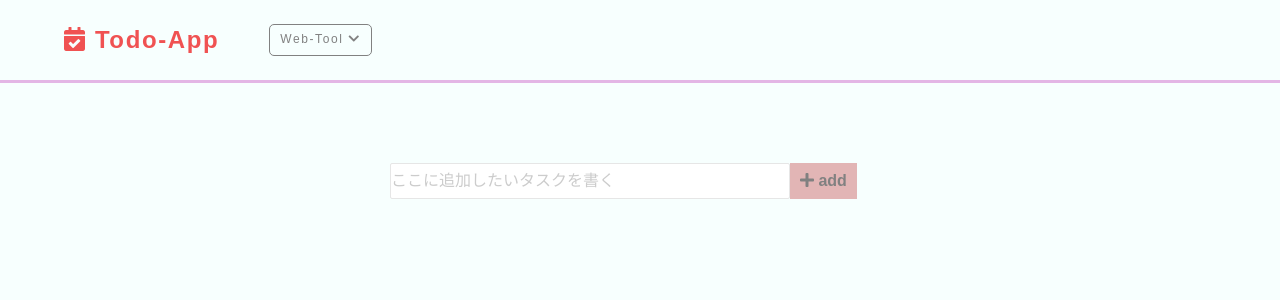
Repository: Hiroshii-m/todo_vue
Page: index.html
An editor plug-in stored every save of this project. The page is shown before and after the next save, followed by the edit.
The browser window is 1280 px wide. The pictures show the whole page.
The style sheet was rebuilt from its Sass, Less or Tailwind sources for each picture, by a compiler version that may differ from the author's.

Above is the page before, as saved 2021-06-26 18:22:35.

### index.html
<!DOCTYPE html>
<html lang="en">
<head>
    <meta charset="UTF-8">
    <meta http-equiv="X-UA-Compatible" content="IE=edge">
    <meta name="viewport" content="width=device-width, initial-scale=1.0">
    <link rel="stylesheet" href="node_modules/@fortawesome/fontawesome-free/css/all.css">
    <link rel="stylesheet" href="dist/css/style.css">
    <title>TODO APP Vue</title>
</head>
<body class="u-bgColor-base">

    <!-- header -->
    <header id="l-header" class="u-border-bottom">
        <div class="c-header">
            <h2 class="c-header__home">
                <i class="fas fa-calendar-check"></i>
                <a class="c-header__text" href="">Todo-App</a>
            </h2>
            <h3 class="c-header__other">
                Web-Tool
                <i class="fas fa-chevron-down"></i>
            </h3>
        </div>
    </header><!-- /header -->

    <!-- main -->
    <section id="l-main">
        <div class="c-main">
            <div id="l-addTask">
                <div class="c-addTask">
                    <input type="text" class="c-addTask__input" placeholder="ここに追加したいタスクを書く">
                    <button class="c-addTask__add">
                        <i class="fas fa-plus"></i>
                        add
                    </button>
                </div>
            </div>
            <div id="l-search"></div>
            <div id="l-list"></div>
        </div>
    </section>
    <!-- /main -->

</body>
</html>

### src/scss/style.scss

// ======================================
// foundation
// ======================================
@use 'foundation/reset';
@use 'foundation/variables';
@use 'foundation/base';
// ======================================
// layout
// ======================================
#l-header {
    width: 100%;
}
#l-main {
    padding: 80px;
}
// ======================================
// object
// ======================================
// Component
// **************************************
.c-header {
    width: 90%;
    height: 80px;
    margin: 0 auto;
    display: flex;
    align-items: center;
    &__home {
        margin-right: 50px;
        font-weight: bold;
        color: var(--color_red);
        font-size: var(--font-size_xl);
    }
    &__other {
        font-size: var(--font-size_s);
        padding: var(--space_s) var(--space_m);
        border: 1px solid var(--font-color_default);
        border-radius: 5px;
        cursor: pointer;
    }
}
.c-main {
    width: var(--site-width_xxl);
    margin: 0 auto;
}
.c-addTask {
    display: flex;
    max-width: 500px;
    margin: 0 auto;
    &__input {
        width: 80%;
        border: 1px solid var(--border-color_default);
        border-radius: 2px;
    }
    &__add {
        background: rgb(226, 181, 181);
        padding: var(--space_s) var(--space_m);
        font-weight: bold;
    }
}
// Project
// **************************************
// Utility
// **************************************
.u-border {
    &-bottom {
        border-bottom: 3px solid var(--color_accent);
    }
}
.u-bgColor {
    &-base {
        background: var(--color_base);
    }
}

### src/scss/foundation/_variables.scss
:root {
    --font-color_default: #818181;
    --color_base: #F7FFFE;
    --color_accent: #E3B6E5;
    --color_green: #C3E8C7;
    --color_sky: #C8E4F4;
    --color_red: #F05252;
    --color_blue: #25A1EF;
    --border-color_default: #E6E6E6;


    --site-width_xxl: 780px;
    --site-width_xl: 680px;
    --site-width_md: 580px;
    --site-width_ms: 414px;

    --font-size_s: 12px;
    --font-size_m: 14px;
    --font-size_default: 16px;
    --font-size_l: 18px;
    --font-size_xl: 24px;
    --font-size_xxl: 28px;
    --font-size_3l: 38px;


    --space_s: 5px;
    --space_m: 10px;
    --space_l: 15px;
    --space_xl: 20px;
    --space_xxl: 30px;
    --space_3l: 40px;

    --font-family_default: "メイリオ", sans-serif;
}

### src/scss/foundation/_base.scss
html, body {
    width: 100%;
    color: var(--font-color_default);
    line-height: 1.6;
    font-family: var(--font-family_default);
    letter-spacing: 0.1em;
}

p, a {
    -webkit-font-smoothing: antialiased;
}

img {
    width: 100%;
    height: 100%;
    vertical-align: bottom;
    object-fit: cover;
}

input {
    display: block;
    width: 100%;
    background: #fff;
}

textarea {
    resize: vertical;
    height: 30px;
}

::placeholder {
    color: #ccc;
}

iframe {
    width: 100%;
}

i {
    cursor: pointer;
}

Loaded but not shown: node_modules/@fortawesome/fontawesome-free/css/all.css (library); src/scss/foundation/_reset.scss (common file)

After the next save:
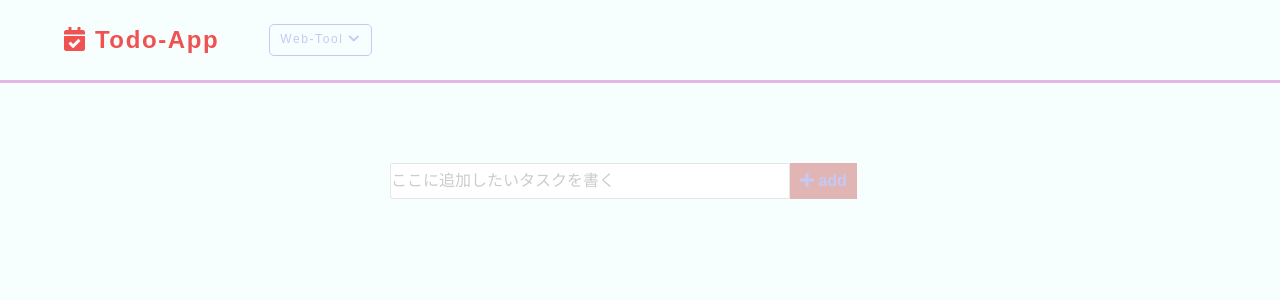
Saved 34 s later.
--- a/src/scss/foundation/_variables.scss
+++ b/src/scss/foundation/_variables.scss
@@ -1,11 +1,12 @@
 :root {
-    --font-color_default: #818181;
+    --font-color_default: #c4c9f8;
     --color_base: #F7FFFE;
     --color_accent: #E3B6E5;
     --color_green: #C3E8C7;
     --color_sky: #C8E4F4;
     --color_red: #F05252;
     --color_blue: #25A1EF;
+    --color_pink: #f0c3e2;
     --border-color_default: #E6E6E6;
 
 
